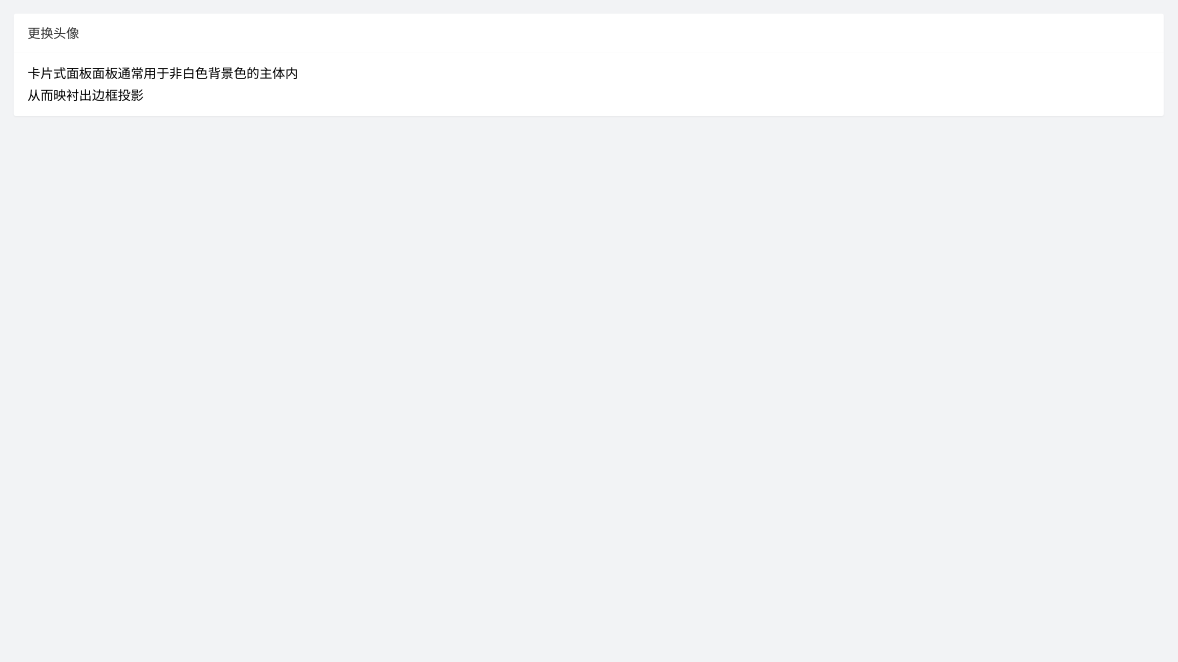
Repository: R1Deemo/Main-project
Page: user/user_avatar.html
These files come from the project's save history. The page is drawn as it stood at one moment and after the next save; the edit follows.
The browser window is 1280 px wide. The pictures show the whole page, at 92% of full size.

Above is the page before, as saved 2022-11-09 11:21:02.

### user/user_avatar.html
<!DOCTYPE html>
<html lang="en">

<head>
    <meta charset="UTF-8">
    <meta http-equiv="X-UA-Compatible" content="IE=edge">
    <meta name="viewport" content="width=device-width, initial-scale=1.0">
    <title>Document</title>
    <link rel="stylesheet" href="/assets/lib/cropper/cropper.css">
    <link rel="stylesheet" href="/assets/lib/layui/css/layui.css">
    <link rel="stylesheet" href="/assets//css/user/user_avatar.css">
</head>

<body>
    <!-- 卡片区域 -->
    <div class="layui-card">
        <div class="layui-card-header">更换头像</div>
        <div class="layui-card-body">
            卡片式面板面板通常用于非白色背景色的主体内<br> 从而映衬出边框投影
        </div>
    </div>
    <script src="/assets/lib/jquery.js"></script>
    <script src="/assets/lib/cropper/Cropper.js"></script>
    <script src="/assets/lib/cropper/jquery-cropper.js"></script>
</body>

</html>

Loaded but not shown: assets/lib/cropper/cropper.css (library); assets/lib/layui/css/layui.css (library); assets/css/user/user_avatar.css (common file); assets/lib/jquery.js (library); assets/lib/cropper/Cropper.js (library); assets/lib/cropper/jquery-cropper.js (common file)

After the next save:
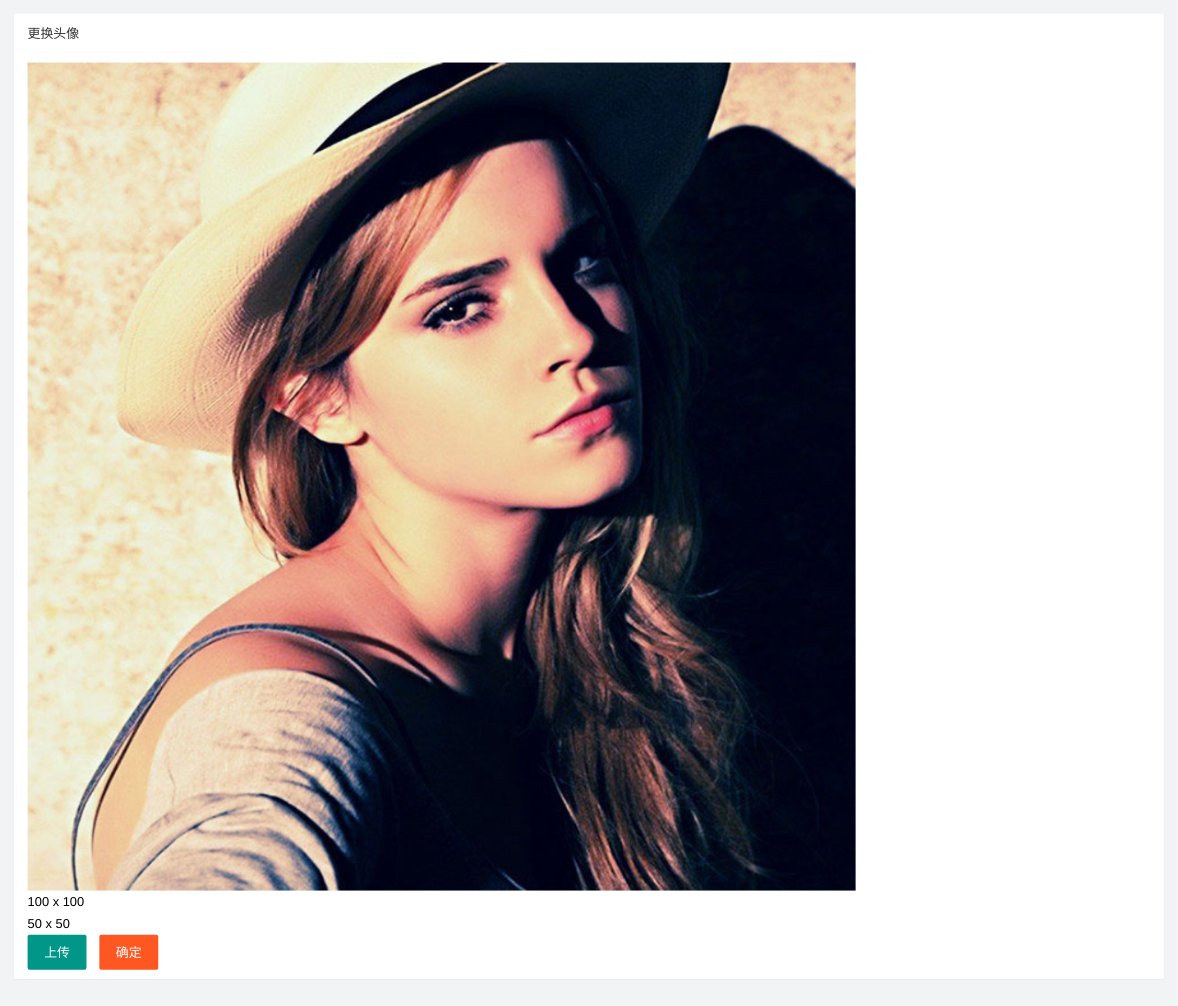
Saved 49 s later.
--- a/user/user_avatar.html
+++ b/user/user_avatar.html
@@ -16,7 +16,33 @@
     <div class="layui-card">
         <div class="layui-card-header">更换头像</div>
         <div class="layui-card-body">
-            卡片式面板面板通常用于非白色背景色的主体内<br> 从而映衬出边框投影
+            <!-- 第一行的图片裁剪和预览区域 -->
+            <div class="row1">
+                <!-- 图片裁剪区域 -->
+                <div class="cropper-box">
+                    <!-- 这个 img 标签很重要，将来会把它初始化为裁剪区域 -->
+                    <img id="image" src="/assets/images/sample.jpg" />
+                </div>
+                <!-- 图片的预览区域 -->
+                <div class="preview-box">
+                    <div>
+                        <!-- 宽高为 100px 的预览区域 -->
+                        <div class="img-preview w100"></div>
+                        <p class="size">100 x 100</p>
+                    </div>
+                    <div>
+                        <!-- 宽高为 50px 的预览区域 -->
+                        <div class="img-preview w50"></div>
+                        <p class="size">50 x 50</p>
+                    </div>
+                </div>
+            </div>
+
+            <!-- 第二行的按钮区域 -->
+            <div class="row2">
+                <button type="button" class="layui-btn">上传</button>
+                <button type="button" class="layui-btn layui-btn-danger">确定</button>
+            </div>
         </div>
     </div>
     <script src="/assets/lib/jquery.js"></script>
